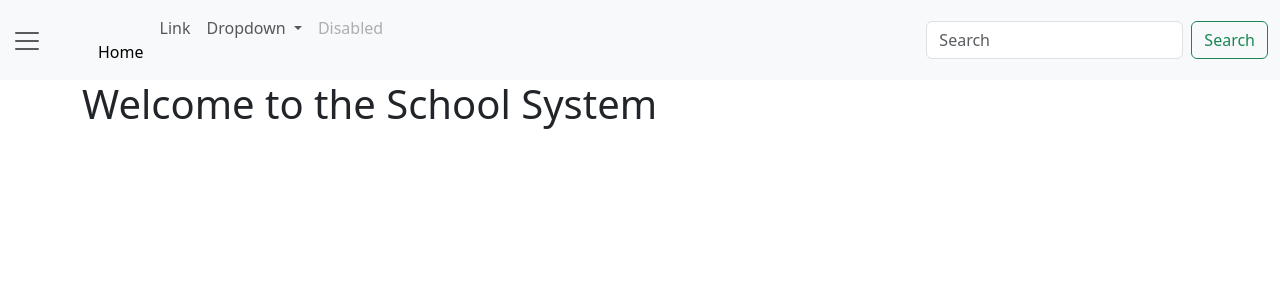
Repository: Mbote-Joseph/Django-Recap
Page: http://localhost/home
An editor plug-in stored every save of this project. The page is shown before and after the next save, followed by the edit.
The browser window is 1280 px wide. The pictures show the whole page.
The page is served by the project's application, run on Django 5.2 (manage.py). Other server files are loaded and not shown.

Above is the page before, as saved 2025-12-15 19:34:14.

### school/home/templates/home/home.html
{% extends 'base.html' %}

{% block content %}

<div class="container">

    <h1> Welcome to the School System</h1>
</div>

{% endblock %}

### school/static/templates/base.html
<!doctype html>
<html lang="en">
  <head>
    <meta charset="utf-8">
    <meta name="viewport" content="width=device-width, initial-scale=1">
    <title> {{title}}</title>
    <link href="https://cdn.jsdelivr.net/npm/bootstrap@5.3.8/dist/css/bootstrap.min.css" rel="stylesheet" integrity="sha384-sRIl4kxILFvY47J16cr9ZwB07vP4J8+LH7qKQnuqkuIAvNWLzeN8tE5YBujZqJLB" crossorigin="anonymous">
  </head>
  <body>
    <nav class="navbar navbar-expand-lg bg-body-tertiary">
      <div class="container-fluid">
        <a class="navbar-brand" href="{% url 'home' %}>Navbar</a>
        <button class="navbar-toggler" type="button" data-bs-toggle="collapse" data-bs-target="#navbarSupportedContent" aria-controls="navbarSupportedContent" aria-expanded="false" aria-label="Toggle navigation">
          <span class="navbar-toggler-icon"></span>
        </button>
        <div class="collapse navbar-collapse" id="navbarSupportedContent">
          <ul class="navbar-nav me-auto mb-2 mb-lg-0">
            <li class="nav-item">
              <a class="nav-link active" aria-current="page" href="{% url 'home' %}">Home</a>
            </li>
            <li class="nav-item">
              <a class="nav-link" href="#">Link</a>
            </li>
            <li class="nav-item dropdown">
              <a class="nav-link dropdown-toggle" href="#" role="button" data-bs-toggle="dropdown" aria-expanded="false">
                Dropdown
              </a>
              <ul class="dropdown-menu">
                <li><a class="dropdown-item" href="#">Action</a></li>
                <li><a class="dropdown-item" href="#">Another action</a></li>
                <li><hr class="dropdown-divider"></li>
                <li><a class="dropdown-item" href="#">Something else here</a></li>
              </ul>
            </li>
            <li class="nav-item">
              <a class="nav-link disabled" aria-disabled="true">Disabled</a>
            </li>
          </ul>
          <form class="d-flex" role="search">
            <input class="form-control me-2" type="search" placeholder="Search" aria-label="Search"/>
            <button class="btn btn-outline-success" type="submit">Search</button>
          </form>
        </div>
      </div>
    </nav>
    {% block content%}


    {% endblock %}


    <script src="https://cdn.jsdelivr.net/npm/bootstrap@5.3.8/dist/js/bootstrap.bundle.min.js" integrity="sha384-FKyoEForCGlyvwx9Hj09JcYn3nv7wiPVlz7YYwJrWVcXK/BmnVDxM+D2scQbITxI" crossorigin="anonymous"></script>
  </body>
</html>

### school/home/views.py
from django.shortcuts import render
from django.views.generic import TemplateView

# Create your views here.
class HomeView(TemplateView):
    template_name = "home/home.html"
    extra_context = {
        'title': 'Home Page'
    }

### school/school/urls.py
"""
URL configuration for school project.

The `urlpatterns` list routes URLs to views. For more information please see:
    https://docs.djangoproject.com/en/6.0/topics/http/urls/
Examples:
Function views
    1. Add an import:  from my_app import views
    2. Add a URL to urlpatterns:  path('', views.home, name='home')
Class-based views
    1. Add an import:  from other_app.views import Home
    2. Add a URL to urlpatterns:  path('', Home.as_view(), name='home')
Including another URLconf
    1. Import the include() function: from django.urls import include, path
    2. Add a URL to urlpatterns:  path('blog/', include('blog.urls'))
"""
from django.contrib import admin
from django.urls import path, include


urlpatterns = [
    path('admin/', admin.site.urls),
    path('home', include('home.urls')),
    path('classroom', include('classroom.urls'))

]

### school/home/urls.py
# Copyright 2025 josephmbote
#
# Licensed under the Apache License, Version 2.0 (the "License");
# you may not use this file except in compliance with the License.
# You may obtain a copy of the License at
#
#     https://www.apache.org/licenses/LICENSE-2.0
#
# Unless required by applicable law or agreed to in writing, software
# distributed under the License is distributed on an "AS IS" BASIS,
# WITHOUT WARRANTIES OR CONDITIONS OF ANY KIND, either express or implied.
# See the License for the specific language governing permissions and
# limitations under the License.

from django.urls import path
from .views import HomeView
urlpatterns = [
    path('', HomeView.as_view(), name="home")
]

### school/classroom/urls.py
# Copyright 2025 josephmbote
#
# Licensed under the Apache License, Version 2.0 (the "License");
# you may not use this file except in compliance with the License.
# You may obtain a copy of the License at
#
#     https://www.apache.org/licenses/LICENSE-2.0
#
# Unless required by applicable law or agreed to in writing, software
# distributed under the License is distributed on an "AS IS" BASIS,
# WITHOUT WARRANTIES OR CONDITIONS OF ANY KIND, either express or implied.
# See the License for the specific language governing permissions and
# limitations under the License.

from django.urls import path
from .views import ClassRoomView
urlpatterns = [
    path('', ClassRoomView.as_view(), name="classroom" )
]

After the next save:
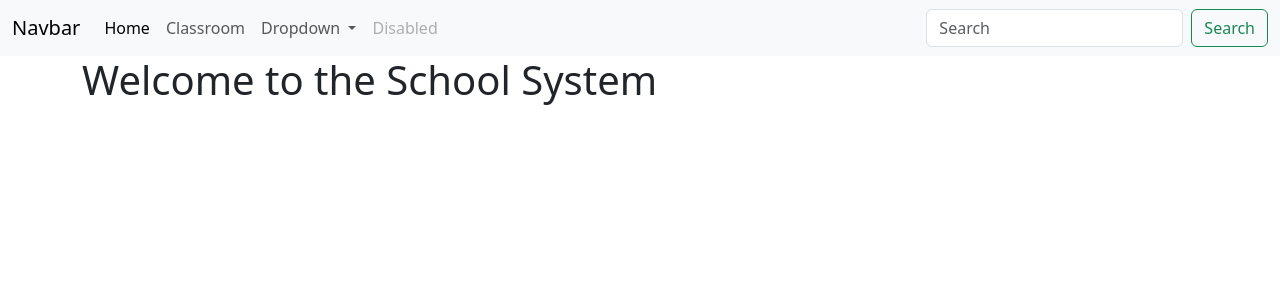
Saved 43 s later.
--- a/school/static/templates/base.html
+++ b/school/static/templates/base.html
@@ -9,7 +9,7 @@
   <body>
     <nav class="navbar navbar-expand-lg bg-body-tertiary">
       <div class="container-fluid">
-        <a class="navbar-brand" href="{% url 'home' %}>Navbar</a>
+        <a class="navbar-brand" href="{% url 'home' %}" >Navbar</a>
         <button class="navbar-toggler" type="button" data-bs-toggle="collapse" data-bs-target="#navbarSupportedContent" aria-controls="navbarSupportedContent" aria-expanded="false" aria-label="Toggle navigation">
           <span class="navbar-toggler-icon"></span>
         </button>
@@ -19,7 +19,7 @@
               <a class="nav-link active" aria-current="page" href="{% url 'home' %}">Home</a>
             </li>
             <li class="nav-item">
-              <a class="nav-link" href="#">Link</a>
+              <a class="nav-link" href="{% url 'classroom' %}" >Classroom</a>
             </li>
             <li class="nav-item dropdown">
               <a class="nav-link dropdown-toggle" href="#" role="button" data-bs-toggle="dropdown" aria-expanded="false">
